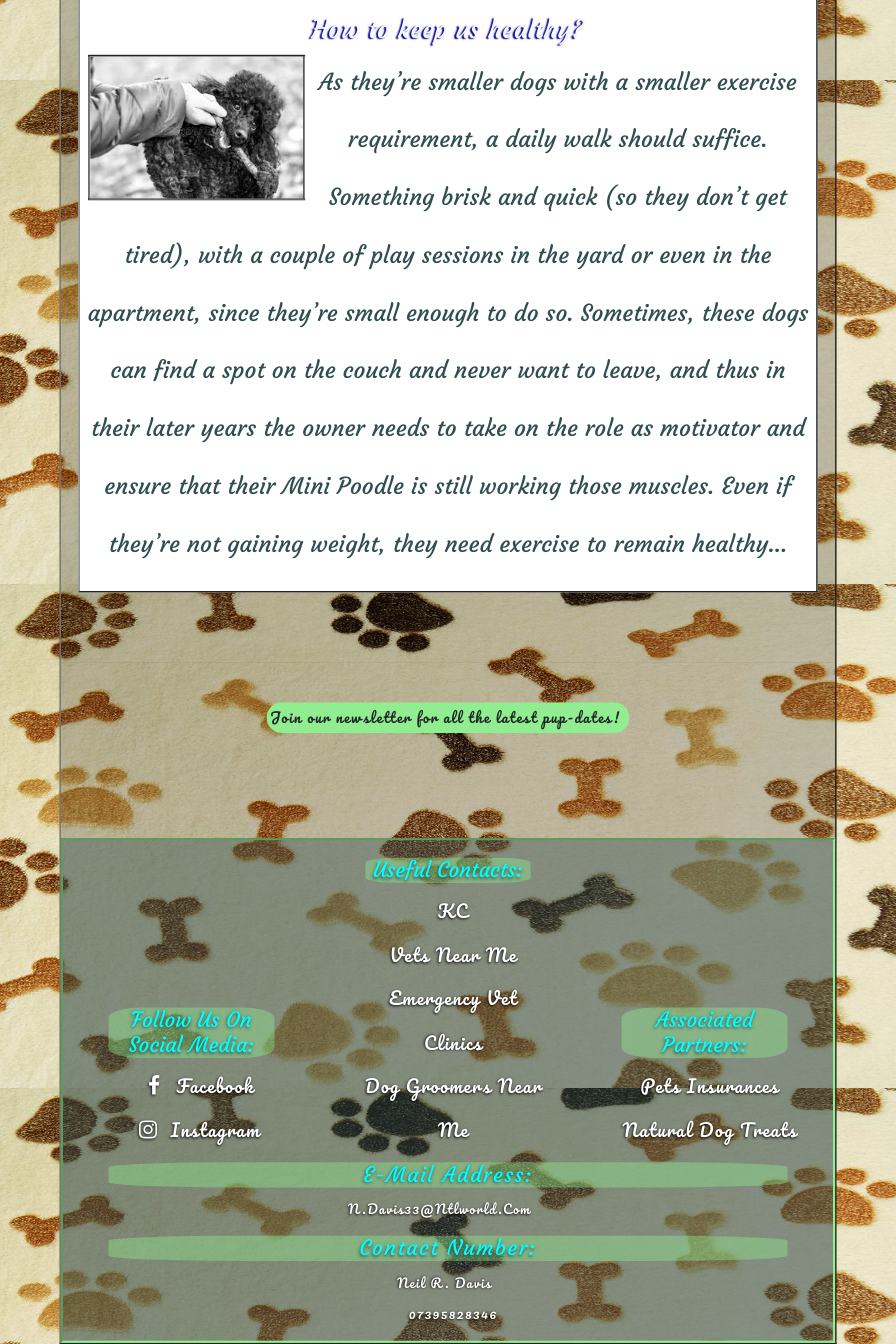
Repository: Code-Institute-Submissions/GeorgiosSklav-Iacinthos-blog
Page: about-them.html
The author's editor kept a record of every edit. The page is drawn from the files as they stood at one moment, then again after the next edit.
The browser window is 1280 px wide. The pictures show the part of the page from y = 2046 to 3966 px (the page is 3966 px tall before and 3261 px after), at 70% of full size.
Backgrounds fixed to the window are drawn as part of the page.

Above is the page before.

### about-them.html
<!DOCTYPE html>
<html lang="en">

<head>
    <meta charset="UTF-8">
    <meta name="viewport" content="width=device-width, initial-scale=1.0">
    <meta http-equiv="X-UA-Compatible" content="ie=edge">
    <link rel="stylesheet" href="https://stackpath.bootstrapcdn.com/bootstrap/4.3.1/css/bootstrap.min.css " integrity="sha384-ggOyR0iXCbMQv3Xipma34MD+dH/1fQ784/j6cY/iJTQUOhcWr7x9JvoRxT2MZw1T " crossorigin="anonymous">
    <title>Iacinthos mini Poodles</title>
    <link rel="stylesheet" href="https://stackpath.bootstrapcdn.com/font-awesome/4.7.0/css/font-awesome.min.css" integrity="sha384-wvfXpqpZZVQGK6TAh5PVlGOfQNHSoD2xbE+QkPxCAFlNEevoEH3Sl0sibVcOQVnN" crossorigin="anonymous">
    <link rel="stylesheet" href="style.css" type="text/css" />
</head>

<!--Header-->

<body>
    <div class="container">
        <div class="background-overlay">
            <header class="container">
                <div class="row align-items-start heading homepage">
                    <div class="col-12 logo">
                        <h1>How to treat and raise us:</h1>
                    </div>
                </div>
                <nav class="navbar navbar-light navbar-expand-sm">
                    <div class="navbar-brand"><i class="fa fa-paw"></i>About them</div>
                    <button class="navbar-toggler ml-auto" type="button" data-toggle="collapse" data-target="#navbarNavDropdown" aria-controls="navbarNavDropdown">
            <span class="navbar-toggler-icon"></span></button>
                    <div class="collapse navbar-collapse" id="navbarNavDropdown">
                        <ul class="navbar-nav mt-auto mt-2 mt-lg-0">
                            <li class="nav-item mr-2"><a class="nav-link" href="index.html">Iacinthos</a></li>
                            <li class="nav-item mr-2"><a class="nav-link" href="request-form.html">Enquiries</a></li>
                            <li class="nav-item dropdown">
                                <div class="nav-link dropdown-toggle" id="navbarDropdownMenuLink" role="button" data-toggle="dropdown" aria-haspopup="true" aria-expanded="false">
                                    Certificates</div>
                                <div class="dropdown-menu" aria-labelledby="navbarDropdownMenuLink">
                                    <a class="dropdown-item" target="_blank" href="./Media/certificate.pdf"><i class="fa fa-download"></i>Kennel Club</a>
                                    <a class="dropdown-item" target="_blank" href="./Media/lineage1.pdf"><i class="fa fa-download"></i>Blood-Lineage</a>
                                </div>
                            </li>
                        </ul>
                    </div>
                </nav>
            </header>

            <!--main-body-->

            <main>
                <div class="jumbotron-fluid about" id="frame">
                    <div class="row">
                        <div class="col-12">
                            <img src="./Media/photos/steak.jpg" class="img-10" alt="dog-steak">
                            <h3 class="about-title">What do we eat?</h3>
                            <p>Most would opt for wet food. However, dry food is recommended since this is much better for the gums and teeth. In addition, dry kibble tends to be easier on the stomach and intestines and a diet of all wet canned food can
                                lead to runny stools...</p>
                        </div>
                    </div>
                    <div class="row">
                        <div class="col-12">
                            <h3 class="about-title">Natural diet?</h3>
                            <p>Feeding a complete raw meat diet to your dog is the best way to provide an easily digestible, balanced diet that mimics the way his ancestors naturally eat in the wild. However, there’s a lot of misinformation out there about
                                feeding a raw food diet to dogs. This can be confusing and discouraging for dog owners looking to do the right thing for their dogs. Nevertheless your choice, you just need to make sure that your doggy is getting all the
                                daily nutrition it needs....</p>
                        </div>
                    </div>
                    <div class="row">
                        <div class="col-12">
                            <h3 class="about-title">What do we love to do?</h3>
                            <img src="./Media/photos/woman-dog.jpg" class="img-20" alt="dog-jogging">
                            <p>They have a moderate temperament, and even though they’re elegant and well-mannered, have a very funny clown-like behavior when around their loved ones. They love to play and they’re smart enough to get themselves into trouble,
                                or challenge their owner when they have the chance. All-in-all, the Miniature Poodle behavior is spunky, loving, incredibly intelligent (which makes them very trainable), and playful...</p>
                        </div>
                    </div>
                    <div class="row">
                        <div class="col-12">
                            <h3 class="about-title">How to keep us healthy?</h3>
                            <img src="./Media/photos/excercising.jpg" class="img-30" alt="dog-with-a-stick">
                            <p>As they’re smaller dogs with a smaller exercise requirement, a daily walk should suffice. Something brisk and quick (so they don’t get tired), with a couple of play sessions in the yard or even in the apartment, since they’re
                                small enough to do so. Sometimes, these dogs can find a spot on the couch and never want to leave, and thus in their later years the owner needs to take on the role as motivator and ensure that their Mini Poodle is still
                                working those muscles. Even if they’re not gaining weight, they need exercise to remain healthy...</p>
                        </div>
                    </div>
                </div>

                <hr>
                <!--Modal-->

                <button type="button" class="btn btn-color" data-toggle="modal" data-target="#exampleModal">
  Join our newsletter for all the latest pup-dates!
</button>
                <div class="modal fade" id="exampleModal" tabindex="-1" role="dialog" aria-labelledby="exampleModalLabel" aria-hidden="true">
                    <div class="modal-dialog" role="document">
                        <div class="modal-content">
                            <div class="modal-header">
                                <h5 class="modal-title" id="exampleModalLabel">Join our family with a flick of your paw!</h5>
                                <button type="button" class="close" data-dismiss="modal" aria-label="Close">
                     <span aria-hidden="true">&times;</span>
        </button>
                            </div>
                            <div class="modal-body">
                                <form class="modal-newsletter">
                                    <div class="form-group ">
                                        <input type="email" class="form-control" id="InputEmail2" aria-describedby="InputEmail2" placeholder="Your Woof-mail....">
                                    </div>
                                    <div class="form-group">
                                        <input type="password" class="form-control" id="InputPassword2" placeholder="....and a Woof-password">
                                    </div>
                                    <div class="form-group form-check">
                                        <input type="checkbox" class="form-check-input" id="Check1">
                                        <label class="form-check-label" for="Check1">Remember me</label>
                                    </div>
                                </form>
                            </div>
                            <div class="modal-footer">
                                <button type="button" class="btn btn-danger" data-dismiss="modal">Close</button>
                                <button type="button" class="btn btn-info">Subscribe</button>
                            </div>
                        </div>
                    </div>

            </main>




            <!---footer-->

            <footer class="container-fluid footer">
                <div class="row align-items-end">
                    <div class="col-12 col-md-3 col-lg-3">
                        <h4 class="social-title capitalise">Follow us on social media:</h4>
                        <ul class="social-links">
                            <li>
                                <a target="_blank" href="https://www.facebook.com/neil.davis.9862">
                            <i class="fa fa-facebook"></i>
                            <span>Facebook</span>
                        </a>
                            </li>
                            <li>
                                <a target="_blank" href="https://instagram.com/neilr.davis?igshid=wmi0mqp5d2se">
                            <i class="fa fa-instagram"></i>
                            <span>Instagram</span>
                        </a>
                            </li>
                        </ul>
                    </div>
                    <div class="col-12 col-md-3 col-lg-3">
                        <h4 class="social-title capitalise">Useful contacts:</h4>
                        <ul class="social-links">
                            <li>
                                <a target="_blank" href="https://www.thekennelclub.org.uk/">
                            <span class="capitalise">KC</span>
                        </a>
                            </li>
                            <li>
                                <a target="_blank" href="https://www.google.com/search?q=vet+near+me&oq=vet+near&aqs=chrome.0.0j69i57j0l4.4119j0j7&sourceid=chrome&ie=UTF-8">
                            <span class="capitalise">Vets near me</span>
                        </a>
                            </li>
                            <li>
                                <a target="_blank" href="https://www.google.com/search?q=emergency+vet+clinic+near+me&oq=emergency+vet&aqs=chrome.4.69i57j0l5.15430j0j7&sourceid=chrome&ie=UTF-8">
                            <span class="capitalise">Emergency vet clinics</span>
                        </a>
                            </li>
                            <li>
                                <a target="_blank" href="https://www.google.com/search?q=dog+groomer+near+me&oq=dog+groomer&aqs=chrome.1.69i57j0l5.4790j0j7&sourceid=chrome&ie=UTF-8">
                            <span class="capitalise">Dog groomers near me</span>
                        </a>
                            </li>
                        </ul>
                    </div>
                    <div class="col-12 col-md-3 col-lg-3">
                        <h4 class="social-title capitalise">Associated partners:</h4>
                        <ul class="social-links">
                            <li>
                                <a target="_blank" href="https://www.google.com/search?q=pet+insurance+near+me&oq=pet+ins&aqs=chrome.2.0j69i57j0l4.6094j0j7&sourceid=chrome&ie=UTF-8">
                            <span class="capitalise">pets insurances</span>
                        </a>
                            </li>
                            <li>
                                <a target="_blank" href="https://www.doglistener.co.uk/catalog/natural-dog-treats-0">
                            <span class="capitalise">natural dog treats</span>
                        </a>
                            </li>
                        </ul>
                    </div>
                    <div class="col-12 col-md-3 col-lg-3 contacts">
                        <h4 class="social-title capitalise">e-mail address:</h4>
                        <p class="capitalise social-links">
                            n.davis33@ntlworld.com
                        </p>
                        <h4 class="social-title capitalise">Contact number:</h4>
                        <ul class="social-links">
                            <li class="social-links capitalise">
                                neil r. davis
                            </li>
                            <li class="capitalise">
                                07395828346
                            </li>
                        </ul>
                    </div>
                </div>
            </footer>
        </div>
    </div>
    <script src="https://code.jquery.com/jquery-3.3.1.slim.min.js" integrity="sha384-q8i/X+965DzO0rT7abK41JStQIAqVgRVzpbzo5smXKp4YfRvH+8abtTE1Pi6jizo" crossorigin="anonymous"></script>
    <script src="https://cdnjs.cloudflare.com/ajax/libs/popper.js/1.14.7/umd/popper.min.js" integrity="sha384-UO2eT0CpHqdSJQ6hJty5KVphtPhzWj9WO1clHTMGa3JDZwrnQq4sF86dIHNDz0W1" crossorigin="anonymous"></script>
    <script src="https://stackpath.bootstrapcdn.com/bootstrap/4.3.1/js/bootstrap.min.js" integrity="sha384-JjSmVgyd0p3pXB1rRibZUAYoIIy6OrQ6VrjIEaFf/nJGzIxFDsf4x0xIM+B07jRM" crossorigin="anonymous"></script>
</body>

</html>

### style.css
@import url('https://fonts.googleapis.com/css?family=Courgette:100,200,300,400,500,600,700|Pacifico:100,200,300,400,500,600,700');

/*------------------------------------------------body background*/

body {
    background-image: url("./Media/photos/footprints.jpg");
    background-size: 100%;
    background-attachment: fixed;
    line-height: 2.5;
    text-align: center;

}

.background-overlay {
    position: relative;
    height: 100%;
    width: 100%;
    padding: 0;
    background-color: rgba(0, 0, 0, 0.2);
    border: 2px outset #777;
}

h1 {
    font-family: "Courgette", sans-serif;
    font-weight: 700;
    font-size: 45px;
    color: #f4f4f4;
    text-shadow: -1px 2px 5px #2f4f4f;
    margin-top: 35px;
    margin-bottom: 5px;
    padding-top: 25px;
}

.heading {
    margin: 25px;
}

.capitalise {
    text-transform: capitalize;
}

/*------------------------------------------------Navbar*/

.navbar {
    word-wrap: normal;
    margin-top: 35px;
    margin-bottom: 50px;
}

.navbar-light {
    font-family: 'Courgette', sans-serif;
    font-weight: 600;
    font-size: 25px;
    text-shadow: 0px 2px 3px #f8f8ff;
}

.nav-link {
    margin-right: 15px;
    margin-left: 15px;
        /*color: #00008b;*/color: #00ffff;

}

.nav-link:hover {
    background-color: #90ee90;
    border-radius: 50%;
}

.dropdown-menu {
    background-color: #90ee90;
    font-weight: 600;
    font-size: 20px;
    border-radius: 10%;
    margin: 0;
    padding: 2px;
}

.dropdown-menu ul li:hover {
    background-color: #777;
}

.ml-auto {
    background-color: #90ee90;
}

.navbar i {
    font-size: 35px;
    padding-top: 0;
    padding-bottom: 5px;
    padding-right: 2px;
    margin: 5px;
    color: #777;
}

.navbar-brand {
    font-size: 30px;

}

.navbar-brand:hover {
    background-color: #90ee90;
    border-radius: 50%;
}

.fa-download {
    margin-right: 2px;
    margin-left: 2px;
}

.fa-download:hover {
    color: #90ee90;
}

/*------------------------------------------Media queries*/

@media (max-width: 300px) {
    .ml-auto:hover {
        background-color: #777;
    }
    .dropdown-item:hover {
        background-color: #777;

    }
    #navbarNavDropdown {
        background-color: #90ee90;
    }

    #navbarNavDropdown ul li:hover {
        background-color: #90ee90;
    }
    .social-links,
    .social-title {
        font-size: 30px;
    }
}

@media (max-width: 3800px) {
    .dropdown-menu {
        background-color: #90ee90;
        color: #777;
    }
    .dropdown-item:hover {
        background-color: #777;
        color: #90ee90;
    }

    .col-lg-3 {
        flex: 30%;
        max-width: 100%;
    }
}

/*------------------------------------------------Homepage*/

.homepage a {
    text-decoration: none;
    height: 100%;
}

.introduction {
    height: 90%;
    width: 90%;
}

.img-10 {
    float: left;
    width: 15%;
    border-radius: 50%;
    border: groove #777;
}

.img-20 {
    float: right;
    width: 20%;
    border-radius: 50%;
    border: groove #777;
    margin: 2px;
}

.img-30 {
    float: left;
    width: 30%;
    border: groove #777;
    margin: 2px;
}

.img-50 {
    margin-left: 25px;
    margin-bottom: 20px;
    width: 100%;
    float: none;
    border-style: groove;
    border-radius: 50%;
}

/*--------------------------------------------texts,p*/

.container-title {
    text-align: center;
    margin: 35px;
    font-family: "Courgette", sans-serif;
    color: #00ffff;
    text-shadow: -1px 2px 5px #2f4f4f;
}

.container-title i {
    font-size: 30px;
    padding: 15px;
    margin: 15px;
}

.dog-name {
    font-family: "Courgette", sans-serif;
    font-weight: 700;
    font-size: 32px;
    margin-left: 25px;
    text-shadow: -1px 2px 1px #191970;
}

/*----------------------------------------about us section*/

.about {
    margin: 25px;
    font-family: "Courgette", sans-serif;
    font-size: 33px;
    color: #2f4f4f;
}

.about .about-title {
    color: #f8f8ff;
    text-shadow: -3px 2px 2px #00008b;
    font-size: 36px;
    padding: 5px 2px;
}

#frame {
    border: 2px outset #777;
    font-size: 33px;
    margin-top: 45px;
    margin-bottom: 100px;
    padding: 10px;
    font-weight: 200;
    background-color: #fff;
}

/*----------------------------------------newsletter button*/

.btn-color {
    background-color: #90ee90;
    font-family: "Pacifico", sans-serif;
    font-size: 20px;
    letter-spacing: 2px;
    margin: 40px 25px 150px;
    padding-left: 4px;
    border-radius: 50px;
}

.btn-color:hover {
    color: #90ee90;
    background-color: #777;
}

/*----------------------------------------Modal styling*/

.modal-title {
    font-family: "Pacifico", sans-serif;
    font-size: 25px;
    margin: 10px 5px;
}

.modal-content {
    background-color: #90ee90;
    text-shadow: -3px 2px 0.5px #ffefd5;
    color: #777;
}

.modal-footer .btn-danger,
.btn-info {
    margin-right: 20px;
}

.modal-body {
    padding: 0 15px 0 15px;
    top: 5px;
    bottom: 0;
    margin-top: 10px;
}


/*----------------------------------------footer*/

.footer {
    border: 3px inset #90ee90;
    background-color: rgba(47,79,79, .4);
    padding-top: 25px;
    margin: 0px 5px 0px 0px;
    text-align: center;
}

.contacts .social-title {
    font-family: "Courgette", sans-serif;
    font-size: 30px;
    font-weight: 400;
    letter-spacing: 2px;
   /* color: #9400d3;*/
   color: #00ffff;
    text-shadow: -1px 2px 5px #2f4f4f;
}


.social-links {
    list-style: none;
    padding-right: 25px;
    font-family: "Pacifico", sans-serif;
    color: #fff;
    font-size: 18px;
    font-weight: 300;
    letter-spacing: 2px;
    text-shadow: -1px 1px 4px #000;
}

.social-links li a {
    text-decoration: none;
    font-family: "Pacifico", sans-serif;
    font-size: 25px;
    font-weight: 400;
    letter-spacing: 2px;
    color: /*#008000*/
    #fff;
    text-shadow: -1px 1px 4px #000;
    /*text-shadow: 1px 2px 1px #c0c0c0;*/

}

.social-links li a:hover {
    background-color: #777;
    color: #90ee90;
    border-radius: 30%;
}

.social-links li i {
    font-size: 30px;
    height: 45px;
    width: 45px;
}

.social-title {
    word-break: keep-all;
    margin-left: 50px;
    margin-right: 50px;
    font-size: 30px;
    font-family: "Courgette", sans-serif;
    border-radius: 20%;
    color: #00ffff;
    text-shadow: -1px 2px 5px #2f4f4f;
    background-color: rgba(144, 238, 144, 0.4);
    /*color: #9400d3;*/
}

.contact-heading {
    font-family: "Courgette", sans-serif;
    font-weight: 300;
    margin-top: 25px;
    margin-bottom: 20px;
}

.form-control {
    font-size: 20px;
    background-color: #90ee90;
}

.control {
    background-color: #90ee90;
}

.center-form {
    padding: 15px 5px 10px;
    margin: 15px auto;
    max-width: 80%;
}

button[type="submit"] {
    margin-bottom: 20px;
    margin-top: 13px;
    color: #90ee90;
    background-color: #777;
}

button[type="submit"]:hover {
    background-color: #90ee90;
    color: #777;
}

After the next edit:
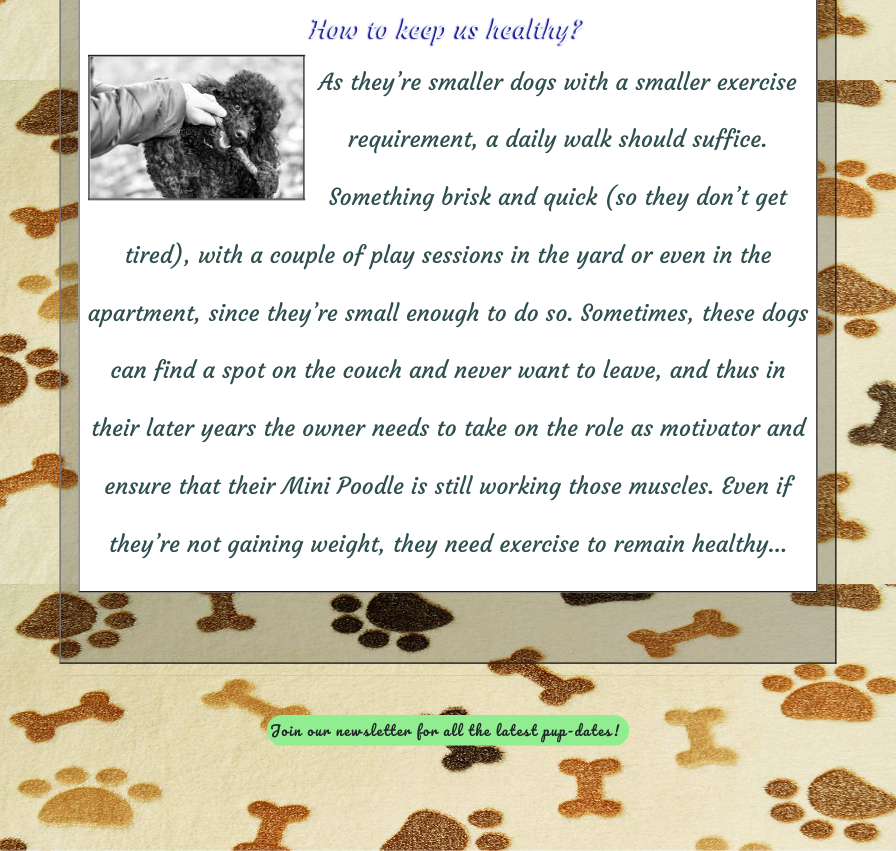
The edit:
--- a/about-them.html
+++ b/about-them.html
@@ -81,42 +81,42 @@
                         </div>
                     </div>
                 </div>
-
-                <hr>
-                <!--Modal-->
-
-                <button type="button" class="btn btn-color" data-toggle="modal" data-target="#exampleModal">
+        </div>
+        <hr>
+        <!--Modal-->
+
+        <button type="button" class="btn btn-color" data-toggle="modal" data-target="#exampleModal">
   Join our newsletter for all the latest pup-dates!
 </button>
-                <div class="modal fade" id="exampleModal" tabindex="-1" role="dialog" aria-labelledby="exampleModalLabel" aria-hidden="true">
-                    <div class="modal-dialog" role="document">
-                        <div class="modal-content">
-                            <div class="modal-header">
-                                <h5 class="modal-title" id="exampleModalLabel">Join our family with a flick of your paw!</h5>
-                                <button type="button" class="close" data-dismiss="modal" aria-label="Close">
+        <div class="modal fade" id="exampleModal" tabindex="-1" role="dialog" aria-labelledby="exampleModalLabel" aria-hidden="true">
+            <div class="modal-dialog" role="document">
+                <div class="modal-content">
+                    <div class="modal-header">
+                        <h5 class="modal-title" id="exampleModalLabel">Join our family with a flick of your paw!</h5>
+                        <button type="button" class="close" data-dismiss="modal" aria-label="Close">
                      <span aria-hidden="true">&times;</span>
         </button>
+                    </div>
+                    <div class="modal-body">
+                        <form class="modal-newsletter">
+                            <div class="form-group ">
+                                <input type="email" class="form-control" id="InputEmail2" aria-describedby="InputEmail2" placeholder="Your Woof-mail....">
                             </div>
-                            <div class="modal-body">
-                                <form class="modal-newsletter">
-                                    <div class="form-group ">
-                                        <input type="email" class="form-control" id="InputEmail2" aria-describedby="InputEmail2" placeholder="Your Woof-mail....">
-                                    </div>
-                                    <div class="form-group">
-                                        <input type="password" class="form-control" id="InputPassword2" placeholder="....and a Woof-password">
-                                    </div>
-                                    <div class="form-group form-check">
-                                        <input type="checkbox" class="form-check-input" id="Check1">
-                                        <label class="form-check-label" for="Check1">Remember me</label>
-                                    </div>
-                                </form>
+                            <div class="form-group">
+                                <input type="password" class="form-control" id="InputPassword2" placeholder="....and a Woof-password">
                             </div>
-                            <div class="modal-footer">
-                                <button type="button" class="btn btn-danger" data-dismiss="modal">Close</button>
-                                <button type="button" class="btn btn-info">Subscribe</button>
+                            <div class="form-group form-check">
+                                <input type="checkbox" class="form-check-input" id="Check1">
+                                <label class="form-check-label" for="Check1">Remember me</label>
                             </div>
-                        </div>
-                    </div>
+                        </form>
+                    </div>
+                    <div class="modal-footer">
+                        <button type="button" class="btn btn-danger" data-dismiss="modal">Close</button>
+                        <button type="button" class="btn btn-info">Subscribe</button>
+                    </div>
+                </div>
+            </div>
 
             </main>
 
